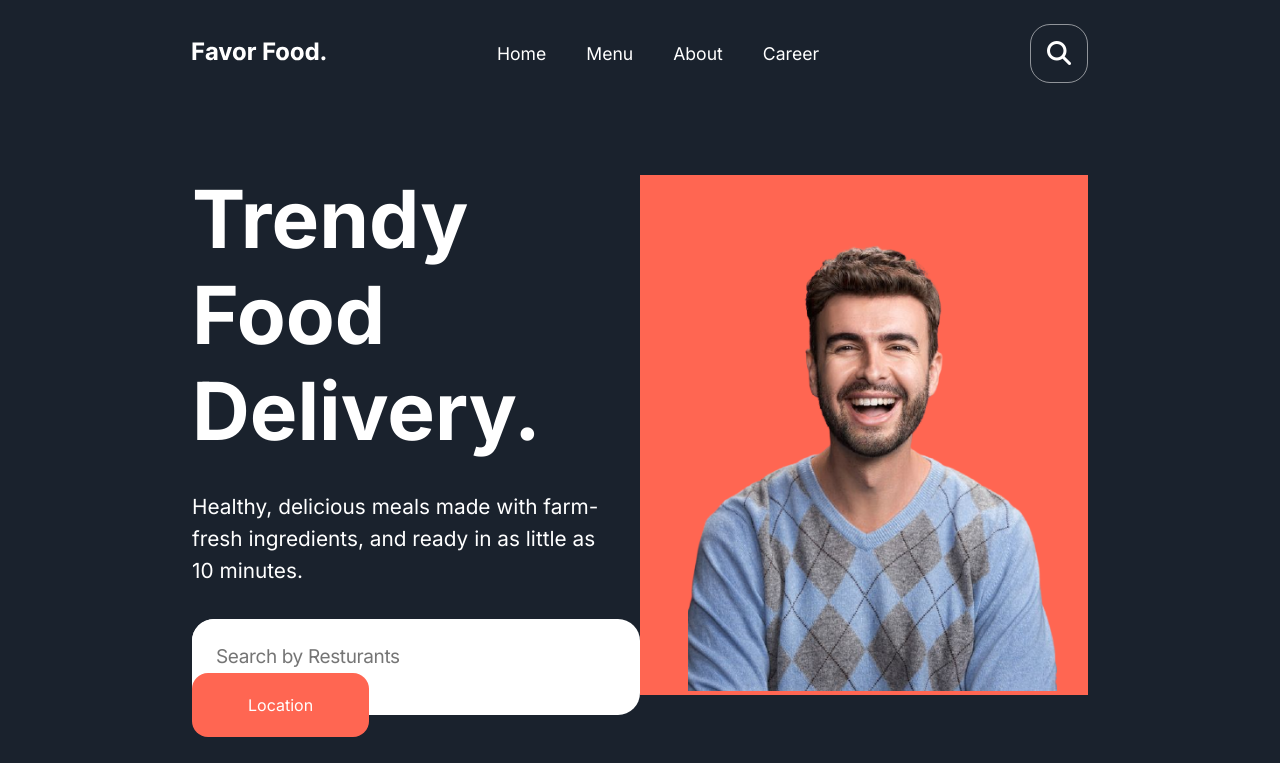
Repository: badhon252/favor-food
Page: index.html
An editor plug-in stored every save of this project. The page is shown before and after the next save, followed by the edit.
The browser window is 1280 px wide. The pictures show the whole page.
The style sheet was rebuilt from its Sass, Less or Tailwind sources for each picture, by a compiler version that may differ from the author's.

Above is the page before, as saved 2022-09-10 16:23:27.

After the next save:
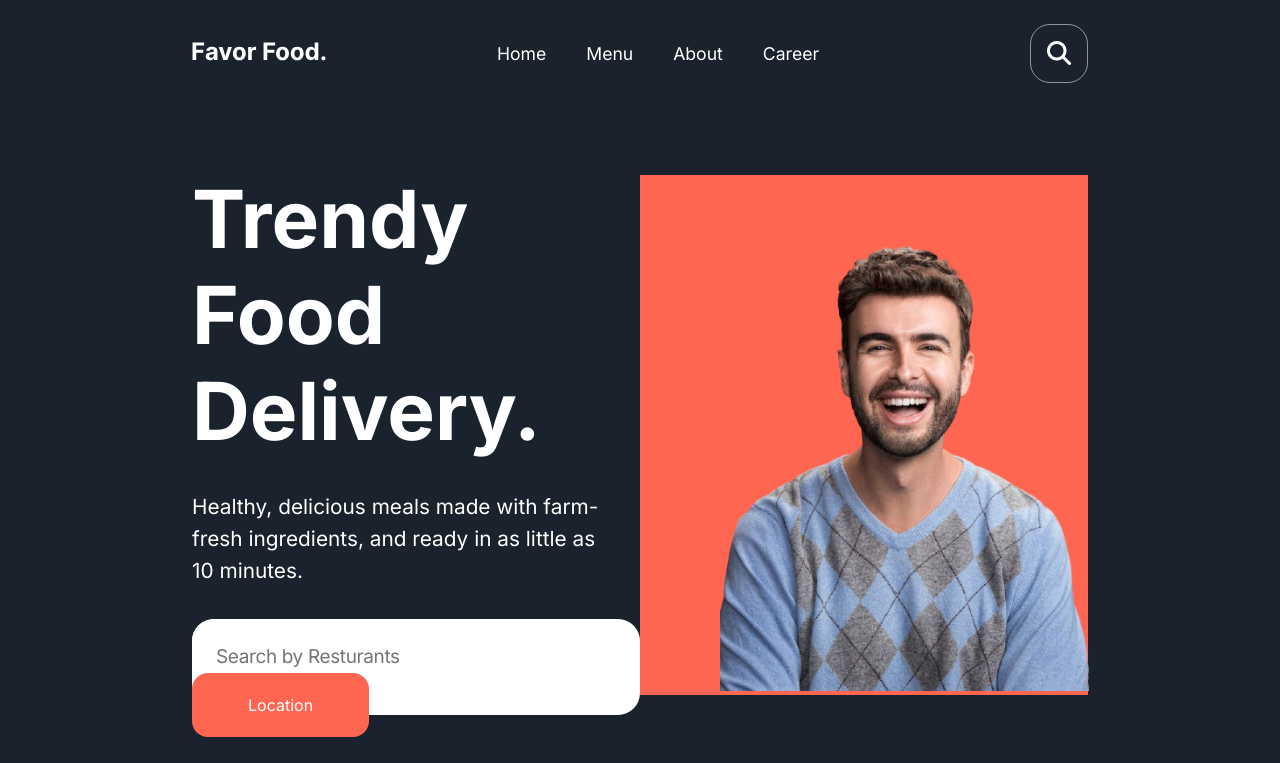
Saved 7 s later.
--- a/scss/style.scss
+++ b/scss/style.scss
@@ -115,7 +115,7 @@ header {
 
     .card {
       background-color: #ff6652;
-      padding: 0 3rem;
+      padding: 0 5rem;
     }
   }
 }
